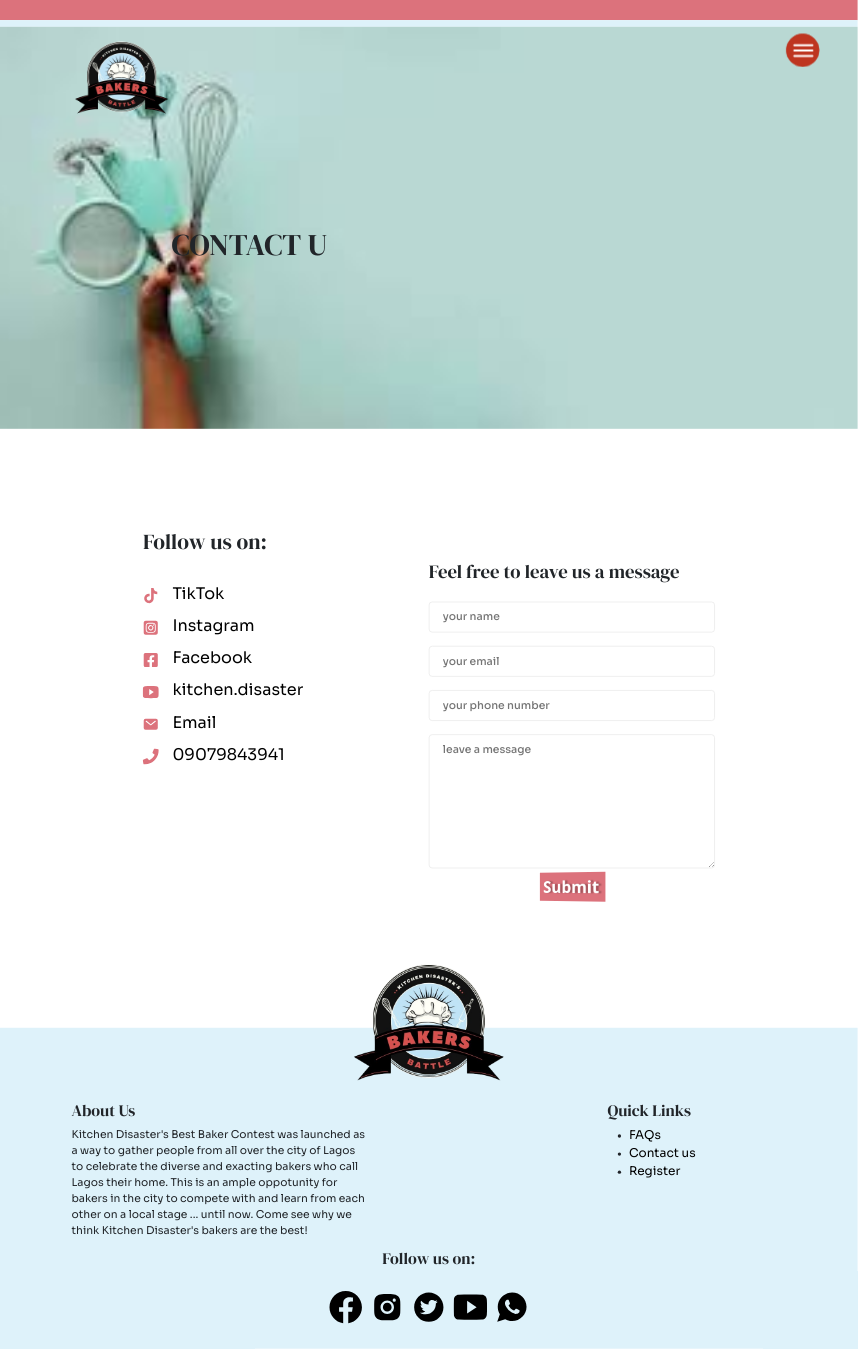
Repository: sarahnnanyelugo/bakers-battle
Page: /contact
An editor plug-in stored every save of this project. The page is shown before and after the next save, followed by the edit.
The browser window is 1280 px wide. The pictures show the whole page, at 67% of full size.
The project was rebuilt for these pictures with package versions that can differ from the ones it lists, and the page was loaded fresh each time. Also part of the build but not shown: src/components/ScreenSlide/slide.scss, src/components/ScreenSlide/ScreenSlide.js, src/pages/Home/home.scss, src/pages/Home/Home.js, src/components/Title.js, src/components/FAQAccord/faq-accord.scss, src/components/FAQAccord/FAQAccord.js, src/pages/FAQ/faq.scss and 9 more.

Above is the page before, as saved 2024-07-17 08:27:31.

After the next save:
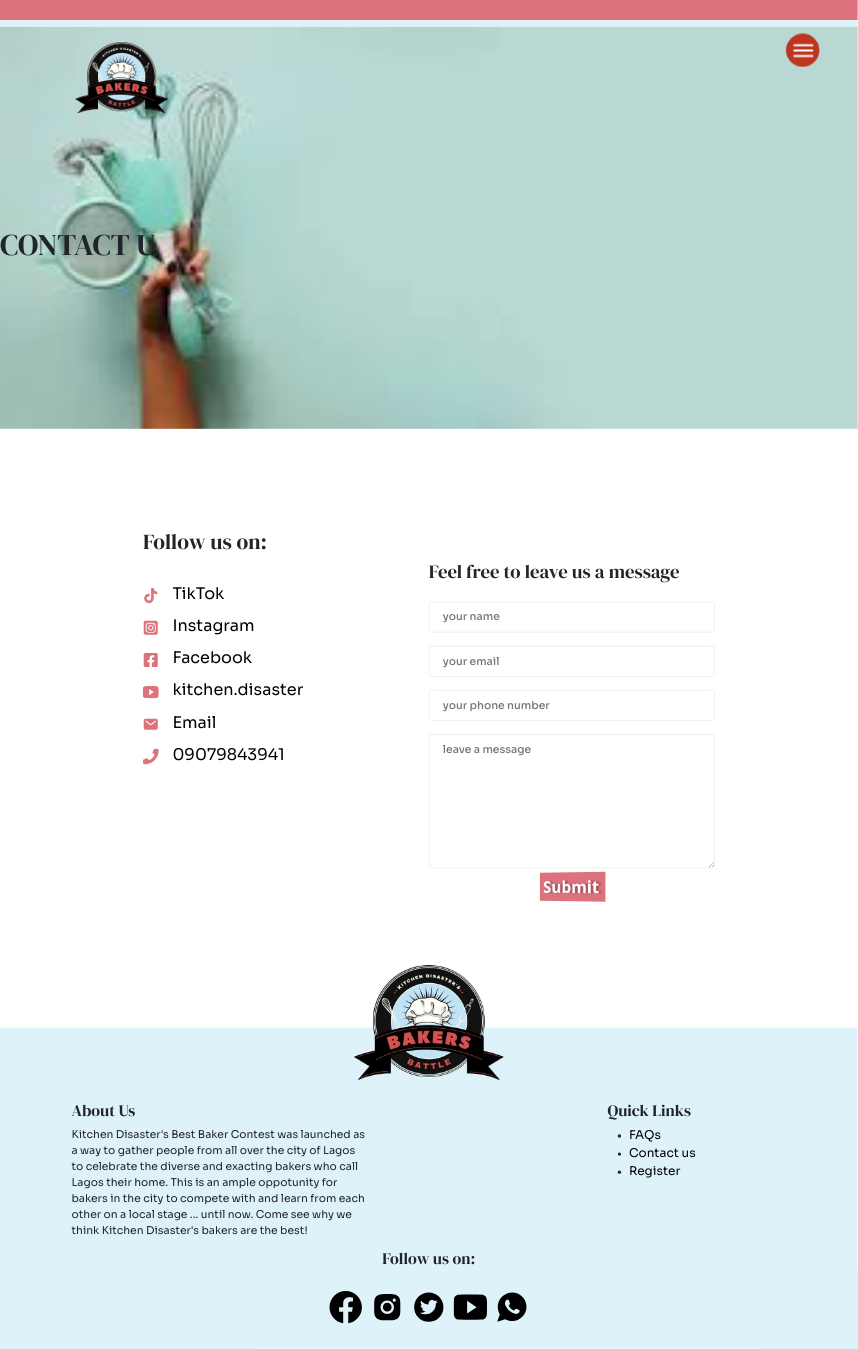
Saved 5 s later.
--- a/src/pages/ContactPage/contact.scss
+++ b/src/pages/ContactPage/contact.scss
@@ -55,7 +55,7 @@
     content: "";
     height: 100%;
     line-height: 48px;
-    left: 20%;
+    // left: 20%;
     top: 50%;
     animation: abomination1 7.5s linear 1;
     animation-fill-mode: forwards;
